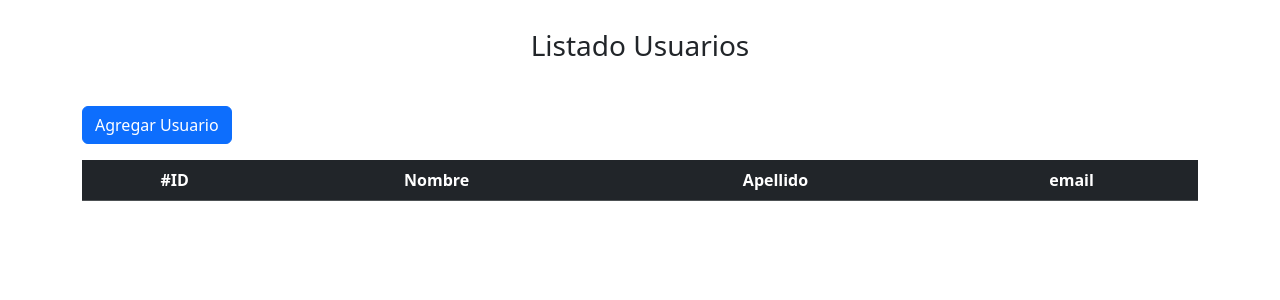
Repository: EstebanCardoz0/RegaleriaTpFinalCaC
Page: http://localhost/ee/view/listUsu.jsp
The author's editor kept a copy of each file at every save. The page is drawn from the files as they stood at one save, then again after the next save.
The browser window is 1280 px wide. The pictures show the whole page.
The page is served by Tomcat 9. Queries for data that is not in the repository find no rows.

Above is the page before, as saved 2023-11-17 15:35:12.

After the next save:
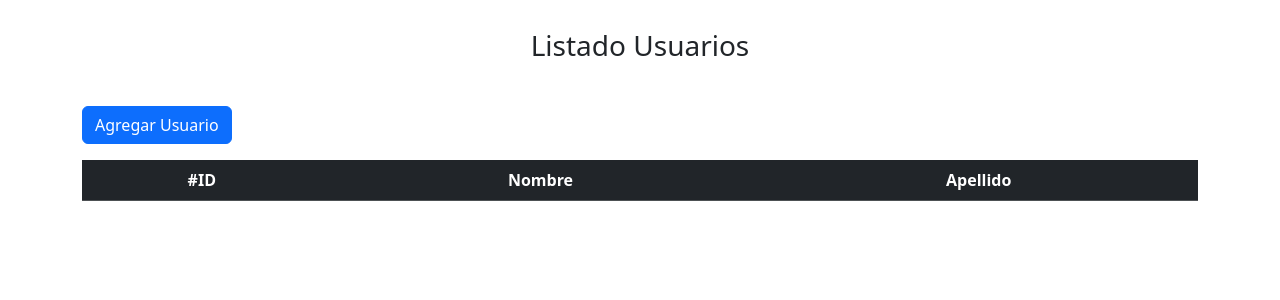
Saved 5 min 57 s later.
--- a/ee/src/main/webapp/view/listUsu.jsp
+++ b/ee/src/main/webapp/view/listUsu.jsp
@@ -22,7 +22,7 @@
 		      <th scope="col">#ID</th>
 		      <th scope="col">Nombre</th>
 		      <th scope="col">Apellido</th>
-		      <th scope="col">email</th>
+<!-- 		      <th scope="col">email</th> -->
 		    </tr>
 		  </thead>
 		  <tbody>
